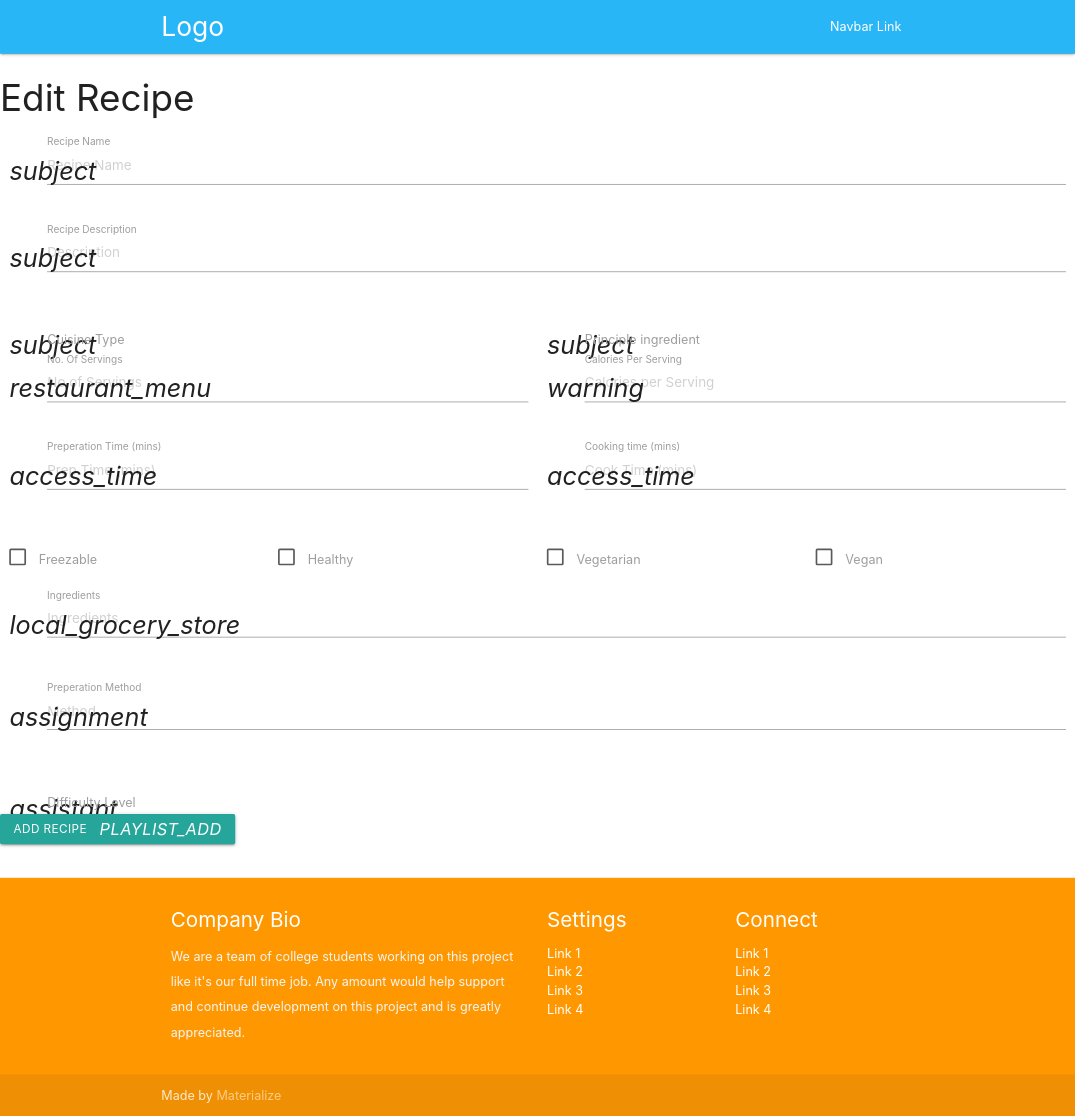
Repository: keefm6776/cookery-website
Page: templates/edit_recipe.html
The author's editor kept a record of every edit. The page is drawn from the files as they stood at one moment, then again after the next edit.
The browser window is 1280 px wide. The pictures show the whole page, at 84% of full size.
The page is served by the project's application, run on Flask 3 (app.py). The template is opened directly, without the code that normally fills it, so the values that code supplies are empty.

Above is the page before.
Console error: ReferenceError: $ is not defined

### templates/edit_recipe.html
{% extends 'base.html' %} {% block content %}

<h3>Edit Recipe</h3>

<div class="row">
  <form action="{{url_for('insert_recipe')}}" method="POST" class="col s12">
    <div class="row">
      <div class="input-field col s12">
        <i class="material-icons prefix">subject</i>
        <label>Recipe Name</label>
        <input placeholder="Recipe Name" id="recipe_name" name="recipe_name" type="text" class="validate" value="{{ recipe.recipe_name }}">
      </div>
      <!-- input-field -->
    </div>
    <!-- Row -->
    <div class="row">
      <div class="input-field col s12">
        <i class="material-icons prefix">subject</i>
        <label>Recipe Description</label>
        <input placeholder="Description" id="blurb" name="blurb" type="text" class="validate" value="{{ recipe.blurb }}">
      </div>
      <!-- input-field -->
    </div>
    <!-- Row -->

    <div class="row">
      <div class="input-field col s12 l6">
        <i class="material-icons prefix">subject</i>
        <select id="cuisine" name="cuisine" type="text">
            <option value="" disabled selected>Choose Cuisine</option>
            {% for cuis in cuisines%}
              {% if cuis.name == recipe.cuisine_type %}
                <option value="{{ cuis.name }}" selected>{{ cuis.name }}</option>
              {% else %}
                <option value="{{ cuis.name }}">{{ cuis.name }}</option>
              {% endif %}
            {% endfor %}
        </select>
        <label>Cuisine Type</label>
      </div>
      <!-- input-field -->

      <div class="input-field col s12 l6">
        <i class="material-icons prefix">subject</i>
        <select id="principle" name="principle_ingredient" type="text">
            <option value="" disabled selected>Choose Principle Ingredient</option>

            {% for principle in principles%}
              {% if principle.name == recipe.principle_ingredient %}
                <option value="{{ principle.name }}" selected>{{ principle.name }}</option>
              {% else %}
                <option value="{{ principle.name }}">{{ principle.name }}</option>
              {% endif %}
            {% endfor %}
        </select>
        <label>Principle ingredient</label>
      </div>
      <!-- input-field -->
    </div>
    <!-- Row -->

    <div class="row">
      <div class="input-field col l6 s12">
        <i class="material-icons prefix">restaurant_menu</i>
        <label>No. Of Servings</label>
        <input placeholder="No of Servings" id="servings" name="servings" type="number" class="validate" type="number"  value="{{ recipe.servings }}">
      </div>
      <!-- input-field -->
      <div class="input-field col l6 s12">
        <i class="material-icons prefix">warning</i>
        <label>Calories Per Serving</label>
        <input placeholder="Calories per Serving" id="calories_per_serve" name="calories_per_serve" type="number" class="validate" value="{{ recipe.calories_per_serve }}">
      </div>
      <!-- inpuit-field -->
    </div>
    <!-- Row -->

    <div class="row">
      <div class="input-field col l6 s12">
        <i class="material-icons prefix">access_time</i>
        <label>Preperation Time (mins)</label>
        <input placeholder="Prep Time (mins)" id="prep_time" name="prep_time" type="number" class="validate" type="number">
      </div>
      <!-- input-field -->
      <div class="input-field col l6 s12">
        <i class="material-icons prefix">access_time</i>
        <label>Cooking time (mins)</label>
        <input placeholder="Cook Time (mins)" id="cook_time" name="cook_time" type="number" class="validate">
      </div>
      <!-- input-field -->
    </div>
    <!-- Row -->

    <div class="row">
      <div class="input-field col s6 l3">
        <label>
          <input type="checkbox" id="isfreezable" name="isfreezable" class="filled-in"/>
          <span>Freezable</span>
        </label>
      </div>
      <!-- input-field -->

      <div class="input-field col s6 l3">
        <label>
          <input type="checkbox" id="ishealthy" name="ishealthy" class="filled-in"/>
          <span>Healthy</span>
        </label>
      </div>
      <!-- input-field -->

      <div class="input-field col s6 l3">
        <label>
          <input type="checkbox" id="isvegetarian" name="isvegetarian" class="filled-in"/>
          <span>Vegetarian</span>
        </label>
      </div>
      <!-- input-field -->

      <div class="input-field col s6 l3">
        <label>
          <input type="checkbox" id="isvegan" name="isvegan" class="filled-in"/>
          <span>Vegan</span>
        </label>
      </div>
      <!-- input-field -->
    </div>
    <!-- Row -->

    <br>

    <div class="row">
      <div class="input-field col s12">
        <i class="material-icons prefix">local_grocery_store</i>
        <label>Ingredients</label>
        <textarea placeholder="Ingredients" id="ingredients" name="ingredients" type="textarea" class="materialize-textarea"></textarea>
      </div>
      <!-- input-field -->
    </div>
    <!-- Row -->

    <div class="row">
      <div class="input-field col s12">
        <i class="material-icons prefix">assignment</i>
        <label>Preperation Method</label>
        <textarea placeholder="Method" id="method" name="method" type="textarea" class="materialize-textarea"></textarea>
      </div>
      <!-- input-field -->
    </div>
    <!-- Row -->

    <div class="row">
      <div class="input-field col s12">
        <i class="material-icons prefix">assistant</i>
        <select id="difficulty" name="difficulty" type="text">
            <option value="" disabled selected>Choose Difficulty</option>

            {% for difficulty in difficulties%}
              {% if difficulty.level == recipe.difficulty %}
                <option value="{{ difficulty.level }}" selected>{{ difficulty.level }}</option>
              {% else %}
                <option value="{{ difficulty.level }}">{{ difficulty.level }}</option>
              {% endif %}
            {% endfor %}

          </select>
        <label>Difficulty Level</label>
      </div>
      <!-- input-field -->
    </div>
    <!-- Row -->
    <div class="row">
      <button class="btn waves-effect waves-light" type="submit" name="action">Add Recipe
        <i class="material-icons right">playlist_add</i>
      </button>
    </div>
    <!--Row-->
  </form>
</div>
<!-- Row -->

{% endblock %}

### templates/base.html
<!DOCTYPE html>
<html lang="en">

<head>
  <meta http-equiv="Content-Type" content="text/html; charset=UTF-8" />
  <meta name="viewport" content="width=device-width, initial-scale=1" />
  <title>Cookbook Website</title>

  <!--Load links to CSS files for materialize and my own-->
  <link rel="stylesheet" href="{{url_for('static', filename='css/style.css')}}" type="text/css">
  <link rel="stylesheet" href="{{url_for('static', filename='css/materialize.min.css')}}" type="text/css">
</head>

<body>

<nav class="light-blue lighten-1" role="navigation">
    <div class="nav-wrapper container"><a id="logo-container" href="#" class="brand-logo">Logo</a>
      <ul class="right hide-on-med-and-down">
        <li><a href="#">Navbar Link</a></li>
      </ul>

      <ul id="nav-mobile" class="sidenav">
        <li><a href="#">Navbar Link</a></li>
      </ul>
      <a href="#" data-target="nav-mobile" class="sidenav-trigger"><i class="material-icons">menu</i></a>
    </div>
  </nav>

  {% block content %}

  {% endblock %}

  <footer class="page-footer orange">
    <div class="container">
      <div class="row">
        <div class="col l6 s12">
          <h5 class="white-text">Company Bio</h5>
          <p class="grey-text text-lighten-4">We are a team of college students working on this project like it's our full time job. Any amount would help support and continue development on this project and is greatly appreciated.</p>


        </div>
        <div class="col l3 s12">
          <h5 class="white-text">Settings</h5>
          <ul>
            <li><a class="white-text" href="#!">Link 1</a></li>
            <li><a class="white-text" href="#!">Link 2</a></li>
            <li><a class="white-text" href="#!">Link 3</a></li>
            <li><a class="white-text" href="#!">Link 4</a></li>
          </ul>
        </div>
        <div class="col l3 s12">
          <h5 class="white-text">Connect</h5>
          <ul>
            <li><a class="white-text" href="#!">Link 1</a></li>
            <li><a class="white-text" href="#!">Link 2</a></li>
            <li><a class="white-text" href="#!">Link 3</a></li>
            <li><a class="white-text" href="#!">Link 4</a></li>
          </ul>
        </div>
      </div>
    </div>
    <div class="footer-copyright">
      <div class="container">
      Made by <a class="orange-text text-lighten-3" href="http://materializecss.com">Materialize</a>
      </div>
    </div>
  </footer>



  <!--JavaScript at end of body for optimized loading-->
  <script type="text/javascript" src="{{url_for('static', filename='js/init.js')}}"></script>
  <script type="text/javascript" src="{{url_for('static', filename='js/materialize.min.js')}}"></script>
  <script type="text/javascript" src="{{url_for('static', filename='js/jquery.js')}}"></script>
</body>



<footer>

</footer>

</html>

### app.py
import os
from flask import Flask, render_template, redirect, request, url_for
from flask_pymongo import PyMongo
from bson.objectid import ObjectId

app = Flask(__name__)
app.config["MONGO_DBNAME"] = 'cookbook'
app.config["MONGO_URI"] = 'mongodb+srv://root:31Wirpbj6677@cookery-website-xysxa.mongodb.net/cookbook?retryWrites=true&w=majority'

mongo = PyMongo(app)

@app.route('/')
@app.route('/get_recipes')
def get_recipes():
    return render_template("list_recipes.html", recipes=mongo.db.recipes.find())

@app.route('/add_recipe')
def add_recipe():
    return render_template("add_recipe.html", difficulty=mongo.db.difficulty.find(), cuisines=mongo.db.cuisine_type.find(), principle_ingredients=mongo.db.principle_ingredient.find())

@app.route('/insert_recipe', methods=['POST'])
def insert_recipe():
    recipes = mongo.db.recipes
    recipes.insert_one(request.form.to_dict())
    return redirect(url_for('get_recipes'))

@app.route('/view_recipe/<recipe_id>')
def view_recipe(recipe_id):
    the_recipe =  mongo.db.recipes.find_one({"_id": ObjectId(recipe_id)})
    all_cuisines =  mongo.db.cuisine_type.find()
    return render_template('view_recipe.html', recipe=the_recipe, cuisines=all_cuisines)

@app.route('/edit_recipe/<recipe_id>')
def edit_recipe(recipe_id):
    the_recipe =  mongo.db.recipes.find_one({"_id": ObjectId(recipe_id)})
    all_cuisines =  mongo.db.cuisine_type.find()
    all_principles =  mongo.db.principle_ingredients.find()
    all_difficulties = mongo.db.difficulty_levels.find()
    return render_template('edit_recipe.html', recipe=the_recipe, cuisines=all_cuisines, principles=all_principles, difficulties=all_difficulties)

@app.route('/update_recipe/<recipe_id>', methods=['POST'])
def update_recipe(recipe_id):
    recipes =  mongo.db.recipes
    recipes.update( {'_id': ObjectId(recipe_id)},
    {'recipe_name': request.form.get('recipe_name')},
    {'cuisine_type': request.form.get('cuisine_type')},
    {'servings': request.form.get('servings')},
    {'prep_time': request.form.get('prep_time')},
    {'cook_time': request.form.get('cook_time')},
    {'calories_per_serve': request.form.get('calories_per_serve')},
    {'difficulty': request.form.get('difficulty')},
    {'blurb': request.form.get('blurb')},
    {'isfreezable': request.form.get('isfreezable')},
    {'ishealthy': request.form.get('ishealthy')},
    {'isvegan': request.form.get('isvegan')},
    {'isvegetarian': request.form.get('isvegetarian')},
    {'ingredients': request.form.get('ingredients')},
    {'method': request.form.get('method')},
    {'principle_ingredient': request.form.get('principle_ingredient')})
    return redirect(url_for('get_recipes'))

if __name__ == '__main__':
    app.run(host=os.environ.get('IP'),
            port=int(os.environ.get('PORT')),
            debug=True)

### static/css/style.css
/* Custom Stylesheet */
/**
 * Use this file to override Materialize files so you can update
 * the core Materialize files in the future
 *
 * Made By MaterializeCSS.com
 */

nav ul a,
nav .brand-logo {
  color: #444;
}

p {
  line-height: 2rem;
}

.sidenav-trigger {
  color: #26a69a;
}

.parallax-container {
  min-height: 380px;
  line-height: 0;
  height: auto;
  color: rgba(255,255,255,.9);
}
  .parallax-container .section {
    width: 100%;
  }

@media only screen and (max-width : 992px) {
  .parallax-container .section {
    position: absolute;
    top: 40%;
  }
  #index-banner .section {
    top: 10%;
  }
}

@media only screen and (max-width : 600px) {
  #index-banner .section {
    top: 0;
  }
}

.icon-block {
  padding: 0 15px;
}
.icon-block .material-icons {
  font-size: inherit;
}

footer.page-footer {
  margin: 0;
}

### static/js/init.js
(function($){
  $(function(){

    $('.sidenav').sidenav();
    $('.parallax').parallax();


  });
  });


   $(document).ready(function(){
    $('.carousel').carousel();
  });

Loaded but not shown: static/css/materialize.min.css (library); static/js/materialize.min.js (library); static/js/jquery.js (library)

After the next edit:
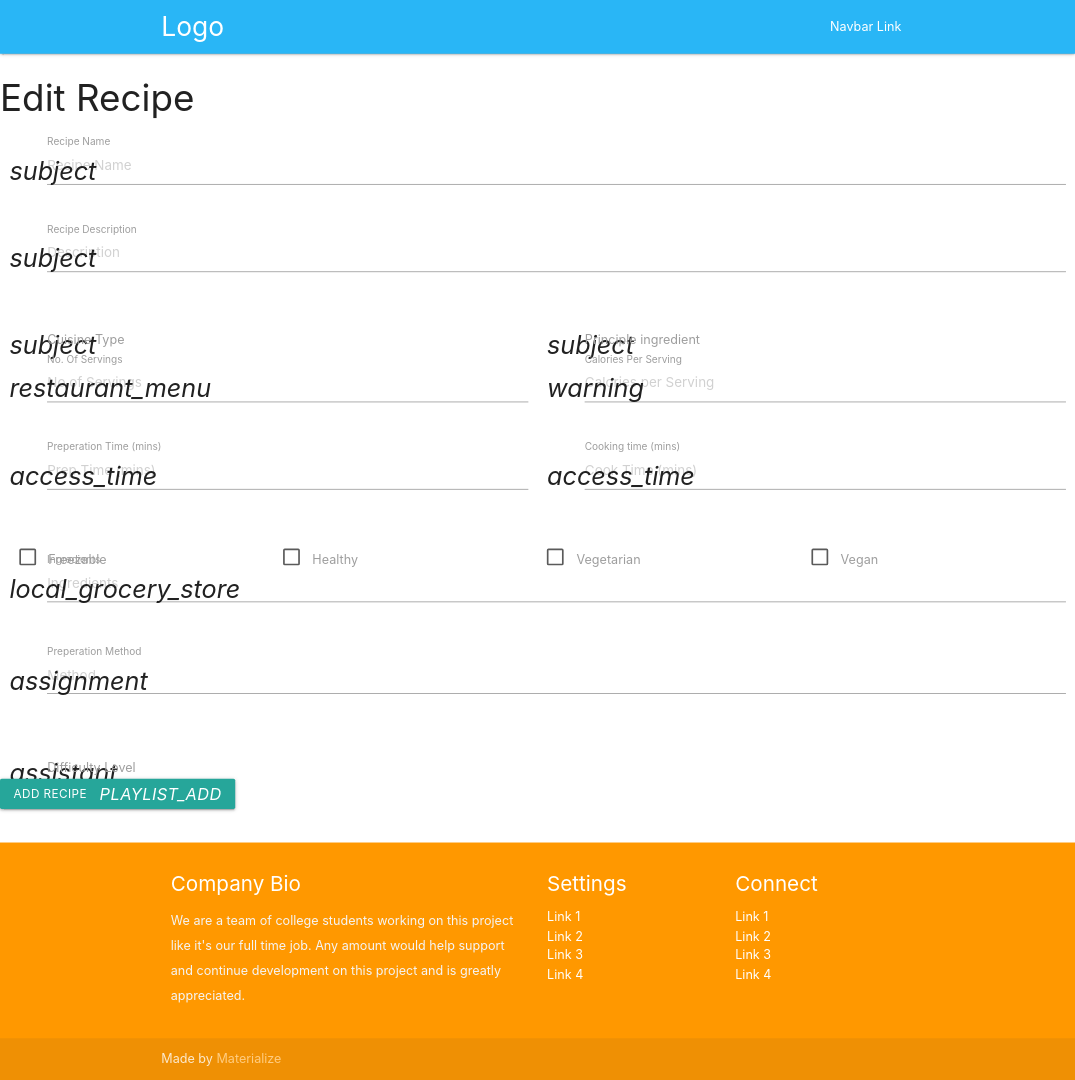
The edit:
--- a/templates/edit_recipe.html
+++ b/templates/edit_recipe.html
@@ -91,6 +91,7 @@
     </div>
     <!-- Row -->
 
+    <div class="center"
     <div class="row">
       <div class="input-field col s6 l3">
         <label>
